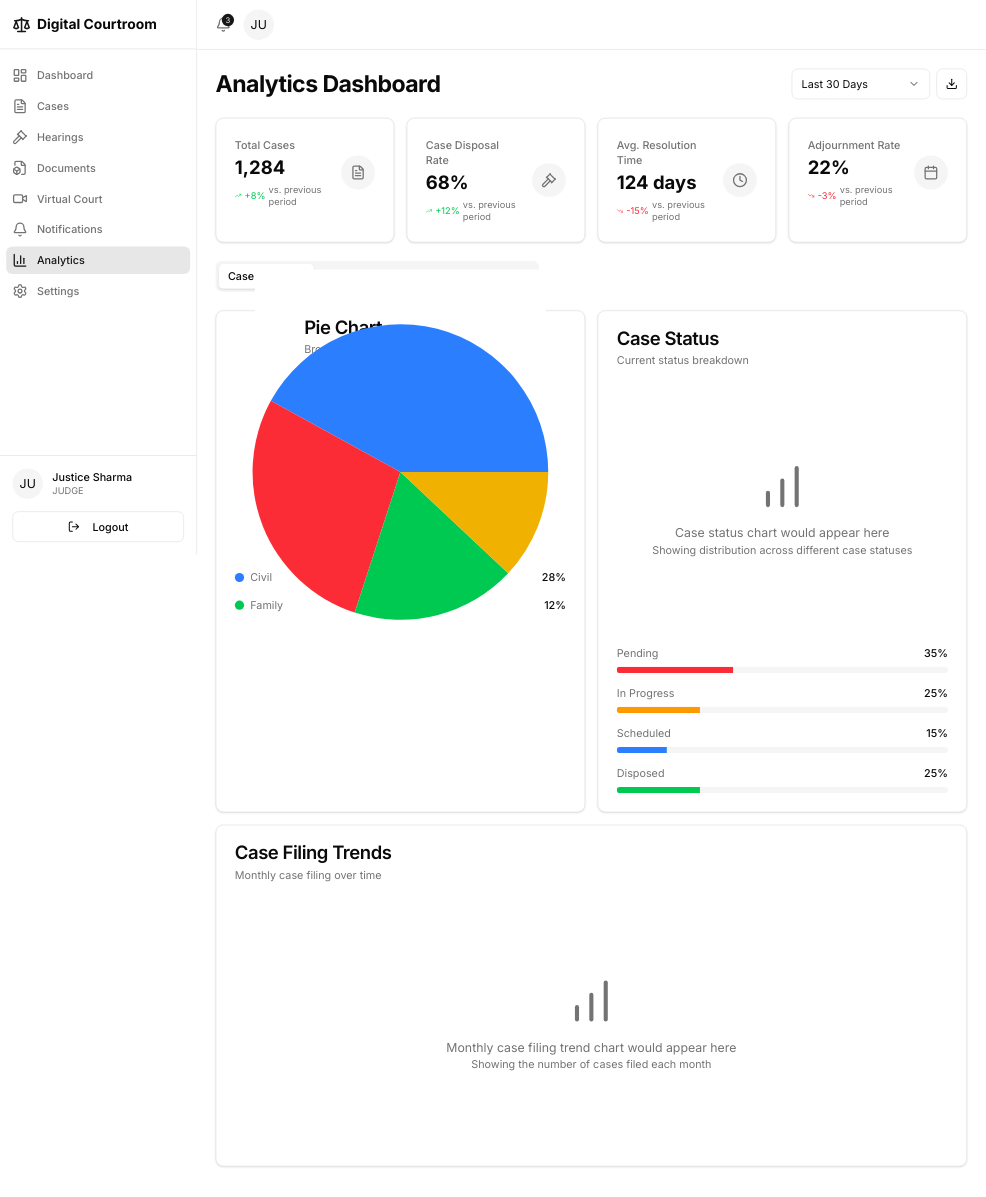
Repository: n0tank3sh/digicourt
Page: /analytics (app in frontend/)
The author's editor kept a copy of each file at every save. The page is drawn from the files as they stood at one save, then again after a run of saves.
The browser window is 1280 px wide. The pictures show the whole page, at 77% of full size.
The project was rebuilt for these pictures with package versions that can differ from the ones it lists, and the page was loaded fresh each time. The framework's server and built-in components were replaced by stand-ins that run in the browser. Also part of the build but not shown: frontend/next.config.ts.

Above is the page before, as saved 2025-03-26 22:29:37.

### frontend/src/components/ui/card.tsx
import * as React from "react"

import { cn } from "@/lib/utils"

const Card = React.forwardRef<
  HTMLDivElement,
  React.HTMLAttributes<HTMLDivElement>
>(({ className, ...props }, ref) => (
  <div
    ref={ref}
    className={cn(
      "rounded-lg border bg-card text-card-foreground shadow-sm",
      className
    )}
    {...props}
  />
))
Card.displayName = "Card"

const CardHeader = React.forwardRef<
  HTMLDivElement,
  React.HTMLAttributes<HTMLDivElement>
>(({ className, ...props }, ref) => (
  <div
    ref={ref}
    className={cn("flex flex-col space-y-1.5 p-6", className)}
    {...props}
  />
))
CardHeader.displayName = "CardHeader"

const CardTitle = React.forwardRef<
  HTMLDivElement,
  React.HTMLAttributes<HTMLDivElement>
>(({ className, ...props }, ref) => (
  <div
    ref={ref}
    className={cn(
      "text-2xl font-semibold leading-none tracking-tight",
      className
    )}
    {...props}
  />
))
CardTitle.displayName = "CardTitle"

const CardDescription = React.forwardRef<
  HTMLDivElement,
  React.HTMLAttributes<HTMLDivElement>
>(({ className, ...props }, ref) => (
  <div
    ref={ref}
    className={cn("text-sm text-muted-foreground", className)}
    {...props}
  />
))
CardDescription.displayName = "CardDescription"

const CardContent = React.forwardRef<
  HTMLDivElement,
  React.HTMLAttributes<HTMLDivElement>
>(({ className, ...props }, ref) => (
  <div ref={ref} className={cn("p-6 pt-0", className)} {...props} />
))
CardContent.displayName = "CardContent"

const CardFooter = React.forwardRef<
  HTMLDivElement,
  React.HTMLAttributes<HTMLDivElement>
>(({ className, ...props }, ref) => (
  <div
    ref={ref}
    className={cn("flex items-center p-6 pt-0", className)}
    {...props}
  />
))
CardFooter.displayName = "CardFooter"

export { Card, CardHeader, CardFooter, CardTitle, CardDescription, CardContent }

### frontend/src/components/ui/tabs.tsx
"use client"

import * as React from "react"
import * as TabsPrimitive from "@radix-ui/react-tabs"

import { cn } from "@/lib/utils"

const Tabs = TabsPrimitive.Root

const TabsList = React.forwardRef<
  React.ElementRef<typeof TabsPrimitive.List>,
  React.ComponentPropsWithoutRef<typeof TabsPrimitive.List>
>(({ className, ...props }, ref) => (
  <TabsPrimitive.List
    ref={ref}
    className={cn(
      "inline-flex h-10 items-center justify-center rounded-md bg-muted p-1 text-muted-foreground",
      className
    )}
    {...props}
  />
))
TabsList.displayName = TabsPrimitive.List.displayName

const TabsTrigger = React.forwardRef<
  React.ElementRef<typeof TabsPrimitive.Trigger>,
  React.ComponentPropsWithoutRef<typeof TabsPrimitive.Trigger>
>(({ className, ...props }, ref) => (
  <TabsPrimitive.Trigger
    ref={ref}
    className={cn(
      "inline-flex items-center justify-center whitespace-nowrap rounded-sm px-3 py-1.5 text-sm font-medium ring-offset-background transition-all focus-visible:outline-none focus-visible:ring-2 focus-visible:ring-ring focus-visible:ring-offset-2 disabled:pointer-events-none disabled:opacity-50 data-[state=active]:bg-background data-[state=active]:text-foreground data-[state=active]:shadow-sm",
      className
    )}
    {...props}
  />
))
TabsTrigger.displayName = TabsPrimitive.Trigger.displayName

const TabsContent = React.forwardRef<
  React.ElementRef<typeof TabsPrimitive.Content>,
  React.ComponentPropsWithoutRef<typeof TabsPrimitive.Content>
>(({ className, ...props }, ref) => (
  <TabsPrimitive.Content
    ref={ref}
    className={cn(
      "mt-2 ring-offset-background focus-visible:outline-none focus-visible:ring-2 focus-visible:ring-ring focus-visible:ring-offset-2",
      className
    )}
    {...props}
  />
))
TabsContent.displayName = TabsPrimitive.Content.displayName

export { Tabs, TabsList, TabsTrigger, TabsContent }

### frontend/src/types/index.ts
// User Types
export enum UserRole {
  JUDGE = "JUDGE",
  LAWYER = "LAWYER",
  COURT_STAFF = "COURT_STAFF",
  CITIZEN = "CITIZEN",
  ADMIN = "ADMIN",
}

export interface User {
  id: string
  name: string
  email: string
  role: UserRole
  barId?: string // For lawyers
  courtId?: string // For judges and court staff
  createdAt: Date
  updatedAt: Date
}

// Case Types
export enum CaseStatus {
  FILED = "FILED",
  PENDING = "PENDING",
  IN_PROGRESS = "IN_PROGRESS",
  SCHEDULED = "SCHEDULED",
  ADJOURNED = "ADJOURNED",
  DISPOSED = "DISPOSED",
  CLOSED = "CLOSED",
}

export enum CaseType {
  CIVIL = "CIVIL",
  CRIMINAL = "CRIMINAL",
  FAMILY = "FAMILY",
  CORPORATE = "CORPORATE",
  CONSTITUTIONAL = "CONSTITUTIONAL",
  OTHER = "OTHER",
}

export interface Case {
  id: string
  caseNumber: string
  title: string
  description: string
  type: CaseType
  status: CaseStatus
  filingDate: Date
  plaintiffs: string[] // IDs of involved parties
  defendants: string[] // IDs of involved parties
  judgerId?: string
  courtId: string
  createdAt: Date
  updatedAt: Date
}

// Hearing Types
export enum HearingType {
  PHYSICAL = "PHYSICAL",
  VIRTUAL = "VIRTUAL",
  HYBRID = "HYBRID",
}

export enum HearingStatus {
  SCHEDULED = "SCHEDULED",
  IN_PROGRESS = "IN_PROGRESS",
  COMPLETED = "COMPLETED",
  ADJOURNED = "ADJOURNED",
  CANCELLED = "CANCELLED",
}

export interface Hearing {
  id: string
  caseId: string
  scheduledDate: Date
  actualDate?: Date
  type: HearingType
  status: HearingStatus
  location: string // Court room or virtual link
  notes?: string
  attendees: string[] // IDs of attendees
  createdAt: Date
  updatedAt: Date
}

// Document Types
export enum DocumentType {
  PETITION = "PETITION",
  EVIDENCE = "EVIDENCE",
  AFFIDAVIT = "AFFIDAVIT",
  JUDGMENT = "JUDGMENT",
  ORDER = "ORDER",
  NOTICE = "NOTICE",
  OTHER = "OTHER",
}

export interface Document {
  id: string
  caseId: string
  title: string
  type: DocumentType
  fileUrl: string
  fileSize: number
  mimeType: string
  uploadedBy: string // User ID
  isPublic: boolean
  version: number
  createdAt: Date
  updatedAt: Date
}

// Notification Types
export enum NotificationType {
  CASE_UPDATE = "CASE_UPDATE",
  HEARING_SCHEDULED = "HEARING_SCHEDULED",
  HEARING_RESCHEDULED = "HEARING_RESCHEDULED",
  DOCUMENT_UPLOADED = "DOCUMENT_UPLOADED",
  SUMMONS = "SUMMONS",
  JUDGMENT_DELIVERED = "JUDGMENT_DELIVERED",
  OTHER = "OTHER",
}

export interface Notification {
  id: string
  userId: string
  type: NotificationType
  title: string
  message: string
  relatedId?: string // ID of related entity (case, hearing, etc.)
  isRead: boolean
  createdAt: Date
}

// Court Types
export interface Court {
  id: string
  name: string
  type: string
  address: string
  jurisdiction: string
  contactNumber: string
  email: string
  createdAt: Date
  updatedAt: Date
}

// Analytics Types
export interface CaseAnalytics {
  totalCases: number
  pendingCases: number
  disposedCases: number
  averageDisposalTime: number // in days
  casesByType: Record<CaseType, number>
  casesByStatus: Record<CaseStatus, number>
  monthlyCaseFiling: { month: string; count: number }[]
}

export interface CourtAnalytics {
  totalHearings: number
  completedHearings: number
  adjournedHearings: number
  averageHearingDuration: number // in minutes
  hearingsByType: Record<HearingType, number>
  courtUtilization: number // percentage
}

### frontend/src/components/ui/button.tsx
import * as React from "react"
import { Slot } from "@radix-ui/react-slot"
import { cva, type VariantProps } from "class-variance-authority"

import { cn } from "@/lib/utils"

const buttonVariants = cva(
  "inline-flex items-center justify-center gap-2 whitespace-nowrap rounded-md text-sm font-medium ring-offset-background transition-colors focus-visible:outline-none focus-visible:ring-2 focus-visible:ring-ring focus-visible:ring-offset-2 disabled:pointer-events-none disabled:opacity-50 [&_svg]:pointer-events-none [&_svg]:size-4 [&_svg]:shrink-0",
  {
    variants: {
      variant: {
        default: "bg-primary text-primary-foreground hover:bg-primary/90",
        destructive:
          "bg-destructive text-destructive-foreground hover:bg-destructive/90",
        outline:
          "border border-input bg-background hover:bg-accent hover:text-accent-foreground",
        secondary:
          "bg-secondary text-secondary-foreground hover:bg-secondary/80",
        ghost: "hover:bg-accent hover:text-accent-foreground",
        link: "text-primary underline-offset-4 hover:underline",
      },
      size: {
        default: "h-10 px-4 py-2",
        sm: "h-9 rounded-md px-3",
        lg: "h-11 rounded-md px-8",
        icon: "h-10 w-10",
      },
    },
    defaultVariants: {
      variant: "default",
      size: "default",
    },
  }
)

export interface ButtonProps
  extends React.ButtonHTMLAttributes<HTMLButtonElement>,
    VariantProps<typeof buttonVariants> {
  asChild?: boolean
}

const Button = React.forwardRef<HTMLButtonElement, ButtonProps>(
  ({ className, variant, size, asChild = false, ...props }, ref) => {
    const Comp = asChild ? Slot : "button"
    return (
      <Comp
        className={cn(buttonVariants({ variant, size, className }))}
        ref={ref}
        {...props}
      />
    )
  }
)
Button.displayName = "Button"

export { Button, buttonVariants }

### frontend/src/components/ui/piechart.tsx
"use client"
import { TrendingUp } from "lucide-react"
import { Pie, PieChart } from "recharts"
import {
    Card,
    CardContent,
    CardDescription,
    CardHeader,
    CardTitle,

} from "@/components/ui/card"
import {
    ChartConfig,
    ChartContainer,
    ChartTooltip,
    ChartTooltipContent,
} from "@/components/ui/chart"
const chartData = [
    { browser: "Civil", visitors: 42, fill: "var(--color-blue-500)" },
    { browser: "Criminal", visitors: 28, fill: "var(--color-red-500)" },
    { browser: "Family", visitors: 18, fill: "var(--color-green-500)" },
    { browser: "other", visitors: 12, fill: "var(--color-yellow-500)" },
]
const chartConfig = {
    visitors: {
        label: "Visitors",
    },
    chrome: {
        label: "Chrome",
        color: "hsl(var(--chart-1))",
    },
    safari: {
        label: "Safari",
        color: "hsl(var(--chart-2))",
    },
    firefox: {
        label: "Firefox",
        color: "hsl(var(--chart-3))",
    },
    edge: {
        label: "Edge",
        color: "hsl(var(--chart-4))",
    },
    other: {
        label: "Other",
        color: "hsl(var(--chart-5))",
    },
} satisfies ChartConfig
export function PieChartComponent() {
    return (
        <Card className="flex flex-col shadow-none border-none p-10 ">
            <CardHeader>
               <CardTitle>Pie Chart</CardTitle>
                <CardDescription>Browser usage statistics</CardDescription>

            </CardHeader>
            <CardContent className="flex-1 pb-0 ">
                <ChartContainer
                    config={chartConfig}
                    className="mx-auto scale-200  aspect-square max-h-[250px] pb-0 [&_.recharts-pie-label-text]:fill-foreground"
                >
                    <PieChart>
                        <ChartTooltip content={<ChartTooltipContent hideLabel/>} />
                        <Pie data={chartData} dataKey="visitors"  nameKey="browser" />
                    </PieChart>
                </ChartContainer>
            </CardContent>

        </Card>
    )
}

### frontend/src/components/ui/avatar.tsx
"use client"

import * as React from "react"
import * as AvatarPrimitive from "@radix-ui/react-avatar"

import { cn } from "@/lib/utils"

const Avatar = React.forwardRef<
  React.ElementRef<typeof AvatarPrimitive.Root>,
  React.ComponentPropsWithoutRef<typeof AvatarPrimitive.Root>
>(({ className, ...props }, ref) => (
  <AvatarPrimitive.Root
    ref={ref}
    className={cn(
      "relative flex h-10 w-10 shrink-0 overflow-hidden rounded-full",
      className
    )}
    {...props}
  />
))
Avatar.displayName = AvatarPrimitive.Root.displayName

const AvatarImage = React.forwardRef<
  React.ElementRef<typeof AvatarPrimitive.Image>,
  React.ComponentPropsWithoutRef<typeof AvatarPrimitive.Image>
>(({ className, ...props }, ref) => (
  <AvatarPrimitive.Image
    ref={ref}
    className={cn("aspect-square h-full w-full", className)}
    {...props}
  />
))
AvatarImage.displayName = AvatarPrimitive.Image.displayName

const AvatarFallback = React.forwardRef<
  React.ElementRef<typeof AvatarPrimitive.Fallback>,
  React.ComponentPropsWithoutRef<typeof AvatarPrimitive.Fallback>
>(({ className, ...props }, ref) => (
  <AvatarPrimitive.Fallback
    ref={ref}
    className={cn(
      "flex h-full w-full items-center justify-center rounded-full bg-muted",
      className
    )}
    {...props}
  />
))
AvatarFallback.displayName = AvatarPrimitive.Fallback.displayName

export { Avatar, AvatarImage, AvatarFallback }

### frontend/src/components/ui/sheet.tsx
"use client"

import * as React from "react"
import * as SheetPrimitive from "@radix-ui/react-dialog"
import { cva, type VariantProps } from "class-variance-authority"
import { X } from "lucide-react"

import { cn } from "@/lib/utils"

const Sheet = SheetPrimitive.Root

const SheetTrigger = SheetPrimitive.Trigger

const SheetClose = SheetPrimitive.Close

const SheetPortal = SheetPrimitive.Portal

const SheetOverlay = React.forwardRef<
  React.ElementRef<typeof SheetPrimitive.Overlay>,
  React.ComponentPropsWithoutRef<typeof SheetPrimitive.Overlay>
>(({ className, ...props }, ref) => (
  <SheetPrimitive.Overlay
    className={cn(
      "fixed inset-0 z-50 bg-black/80  data-[state=open]:animate-in data-[state=closed]:animate-out data-[state=closed]:fade-out-0 data-[state=open]:fade-in-0",
      className
    )}
    {...props}
    ref={ref}
  />
))
SheetOverlay.displayName = SheetPrimitive.Overlay.displayName

const sheetVariants = cva(
  "fixed z-50 gap-4 bg-background p-6 shadow-lg transition ease-in-out data-[state=open]:animate-in data-[state=closed]:animate-out data-[state=closed]:duration-300 data-[state=open]:duration-500",
  {
    variants: {
      side: {
        top: "inset-x-0 top-0 border-b data-[state=closed]:slide-out-to-top data-[state=open]:slide-in-from-top",
        bottom:
          "inset-x-0 bottom-0 border-t data-[state=closed]:slide-out-to-bottom data-[state=open]:slide-in-from-bottom",
        left: "inset-y-0 left-0 h-full w-3/4 border-r data-[state=closed]:slide-out-to-left data-[state=open]:slide-in-from-left sm:max-w-sm",
        right:
          "inset-y-0 right-0 h-full w-3/4  border-l data-[state=closed]:slide-out-to-right data-[state=open]:slide-in-from-right sm:max-w-sm",
      },
    },
    defaultVariants: {
      side: "right",
    },
  }
)

interface SheetContentProps
  extends React.ComponentPropsWithoutRef<typeof SheetPrimitive.Content>,
    VariantProps<typeof sheetVariants> {}

const SheetContent = React.forwardRef<
  React.ElementRef<typeof SheetPrimitive.Content>,
  SheetContentProps
>(({ side = "right", className, children, ...props }, ref) => (
  <SheetPortal>
    <SheetOverlay />
    <SheetPrimitive.Content
      ref={ref}
      className={cn(sheetVariants({ side }), className)}
      {...props}
    >
      {children}
      <SheetPrimitive.Close className="absolute right-4 top-4 rounded-sm opacity-70 ring-offset-background transition-opacity hover:opacity-100 focus:outline-none focus:ring-2 focus:ring-ring focus:ring-offset-2 disabled:pointer-events-none data-[state=open]:bg-secondary">
        <X className="h-4 w-4" />
        <span className="sr-only">Close</span>
      </SheetPrimitive.Close>
    </SheetPrimitive.Content>
  </SheetPortal>
))
SheetContent.displayName = SheetPrimitive.Content.displayName

const SheetHeader = ({
  className,
  ...props
}: React.HTMLAttributes<HTMLDivElement>) => (
  <div
    className={cn(
      "flex flex-col space-y-2 text-center sm:text-left",
      className
    )}
    {...props}
  />
)
SheetHeader.displayName = "SheetHeader"

const SheetFooter = ({
  className,
  ...props
}: React.HTMLAttributes<HTMLDivElement>) => (
  <div
    className={cn(
      "flex flex-col-reverse sm:flex-row sm:justify-end sm:space-x-2",
      className
    )}
    {...props}
  />
)
SheetFooter.displayName = "SheetFooter"

const SheetTitle = React.forwardRef<
  React.ElementRef<typeof SheetPrimitive.Title>,
  React.ComponentPropsWithoutRef<typeof SheetPrimitive.Title>
>(({ className, ...props }, ref) => (
  <SheetPrimitive.Title
    ref={ref}
    className={cn("text-lg font-semibold text-foreground", className)}
    {...props}
  />
))
SheetTitle.displayName = SheetPrimitive.Title.displayName

const SheetDescription = React.forwardRef<
  React.ElementRef<typeof SheetPrimitive.Description>,
  React.ComponentPropsWithoutRef<typeof SheetPrimitive.Description>
>(({ className, ...props }, ref) => (
  <SheetPrimitive.Description
    ref={ref}
    className={cn("text-sm text-muted-foreground", className)}
    {...props}
  />
))
SheetDescription.displayName = SheetPrimitive.Description.displayName

export {
  Sheet,
  SheetPortal,
  SheetOverlay,
  SheetTrigger,
  SheetClose,
  SheetContent,
  SheetHeader,
  SheetFooter,
  SheetTitle,
  SheetDescription,
}

Loaded but not shown: frontend/src/app/layout.tsx (common file); frontend/src/components/theme-provider.tsx (common file); frontend/src/lib/utils.ts (common file); frontend/src/app/analytics/page.tsx (352 lines, source omitted); frontend/src/components/ui/chart.tsx (365 lines, source omitted); frontend/src/components/layout/main-layout.tsx (187 lines, source omitted); frontend/src/app/globals.css (200 lines, source omitted); frontend/src/components/ui/select.tsx (160 lines, source omitted)

After the next 2 saves:
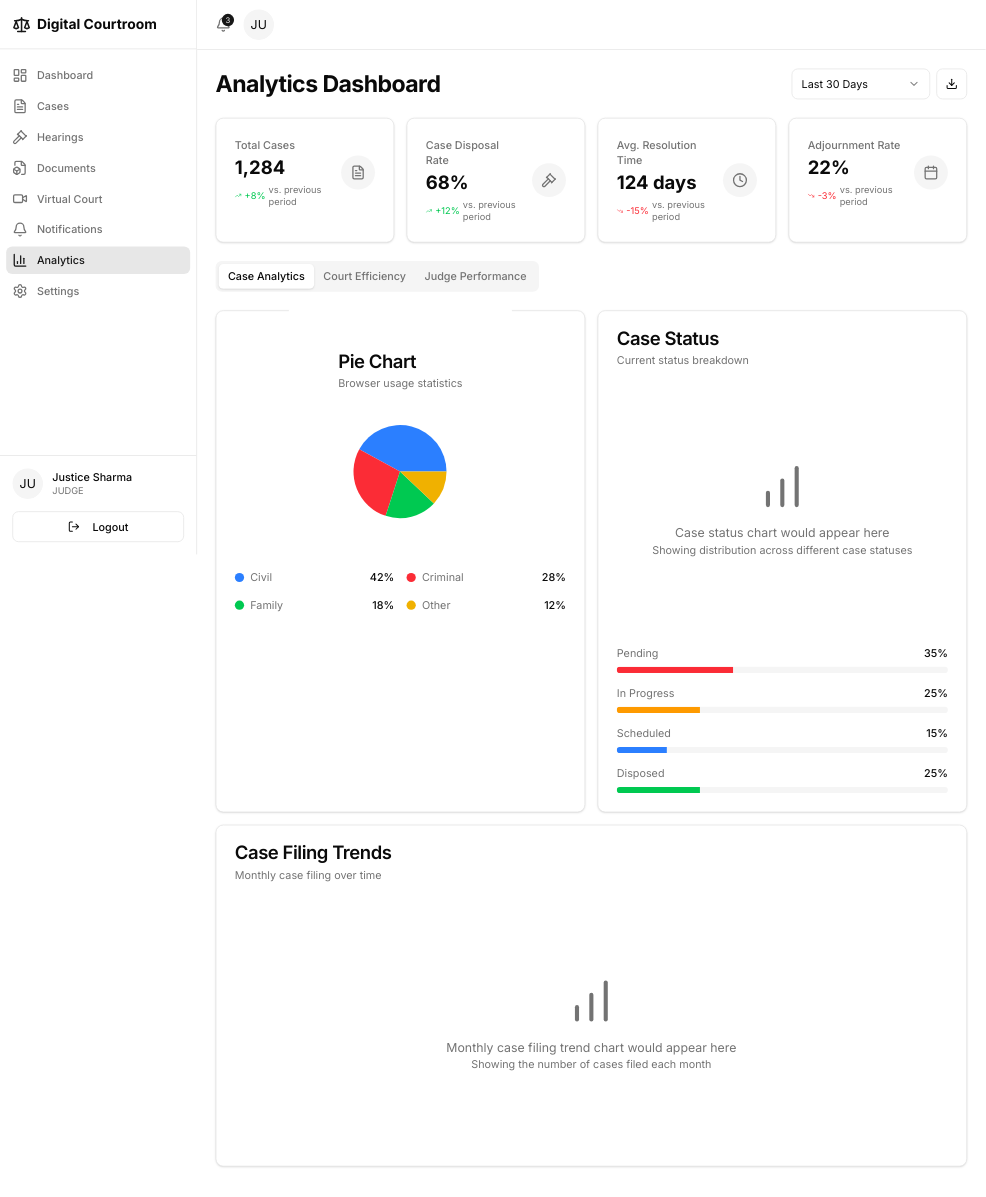
The 2 saves are shown as one change because they came seconds apart.
The last was saved 13 s later.
--- a/frontend/src/components/ui/piechart.tsx
+++ b/frontend/src/components/ui/piechart.tsx
@@ -57,7 +57,7 @@ export function PieChartComponent() {
             <CardContent className="flex-1 pb-0 ">
                 <ChartContainer
                     config={chartConfig}
-                    className="mx-auto scale-200  aspect-square max-h-[250px] pb-0 [&_.recharts-pie-label-text]:fill-foreground"
+                    className="mx-auto   aspect-square max-h-[250px] pb-0 [&_.recharts-pie-label-text]:fill-foreground"
                 >
                     <PieChart>
                         <ChartTooltip content={<ChartTooltipContent hideLabel/>} />
